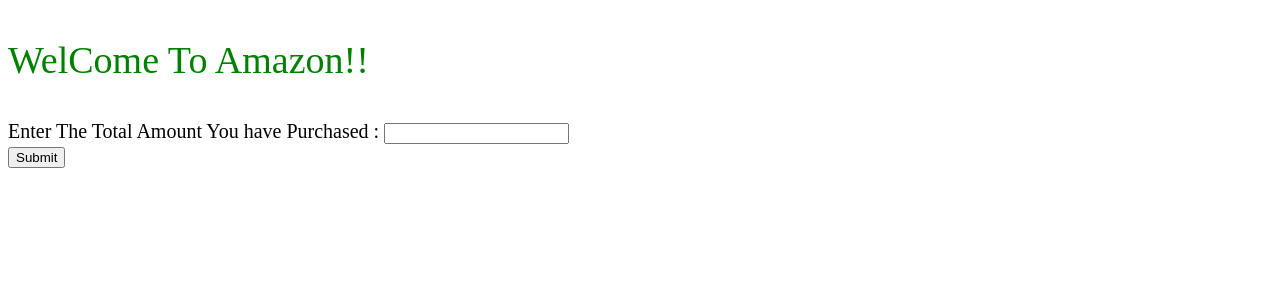
Repository: KavinAdithya/Servlet-JSP
Page: AmazonSale/src/main/webapp/WebPage.html
The author's editor kept a copy of each file at every save. The page is drawn from the files as they stood at one save, then again after the next save.
The browser window is 1280 px wide. The pictures show the whole page.

Above is the page before, as saved 2024-03-17 01:59:19.

After the next save:
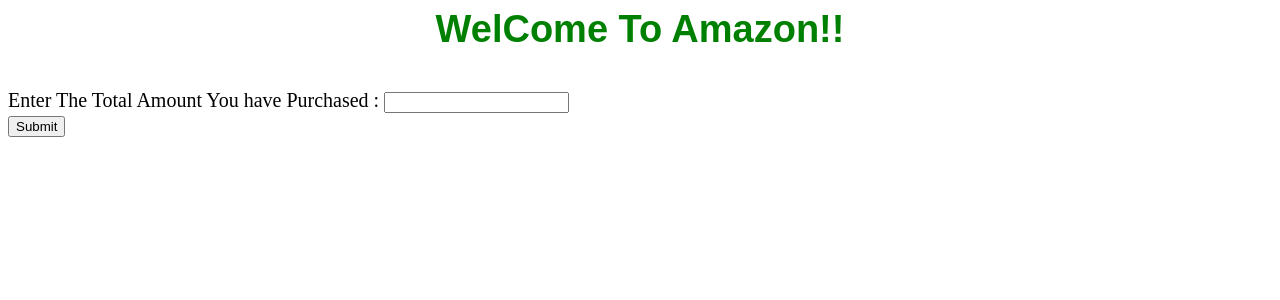
Saved 8 min 4 s later.
--- a/AmazonSale/src/main/webapp/WebPageStyle.css
+++ b/AmazonSale/src/main/webapp/WebPageStyle.css
@@ -1,7 +1,12 @@
 @charset "ISO-8859-1";
 .amazon-para{
 	color:green;
+	text-align:center;
+	margin-top:0;
 	font-size:38px;
+	font-family:Arial;
+	font-weight:bold;
+
 }
 .amount-para{
 	font-size:20px;
